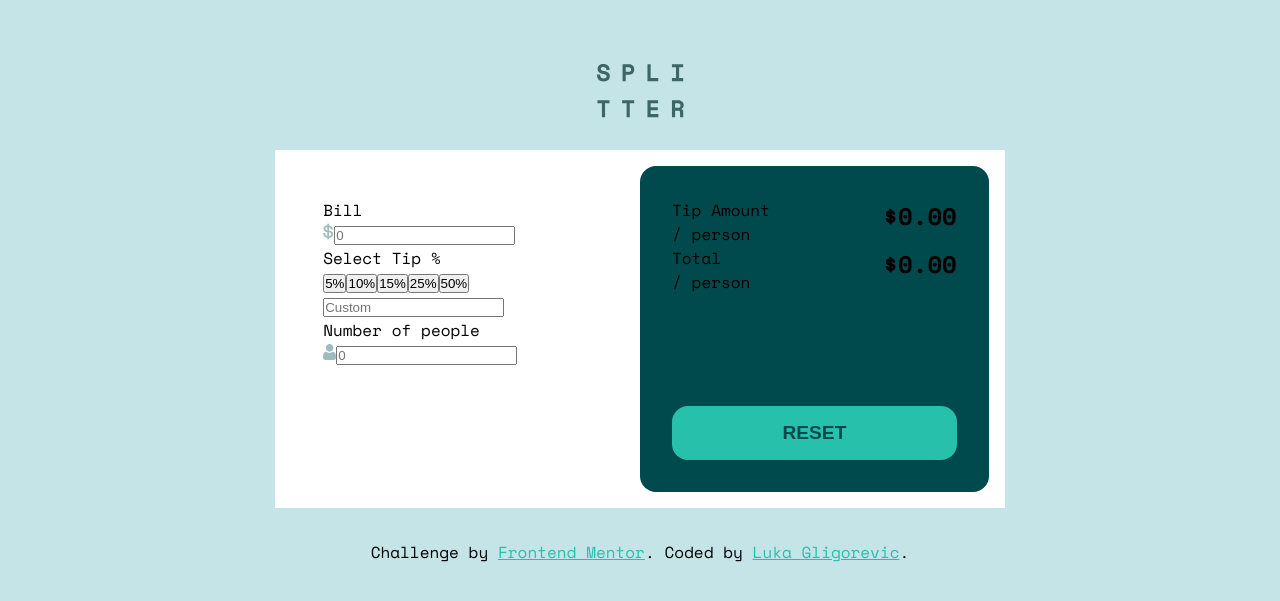
Repository: gligor99/tip-fmentor
Page: /
An editor plug-in stored every save of this project. The page is shown before and after the next save, followed by the edit.
The browser window is 1280 px wide. The pictures show the whole page.
The pointer rests on the first visible `.reset-btn`.
The project was rebuilt for these pictures with package versions that can differ from the ones it lists, and the page was loaded fresh each time.

Above is the page before, as saved 2021-11-27 17:55:35.

After the next save:
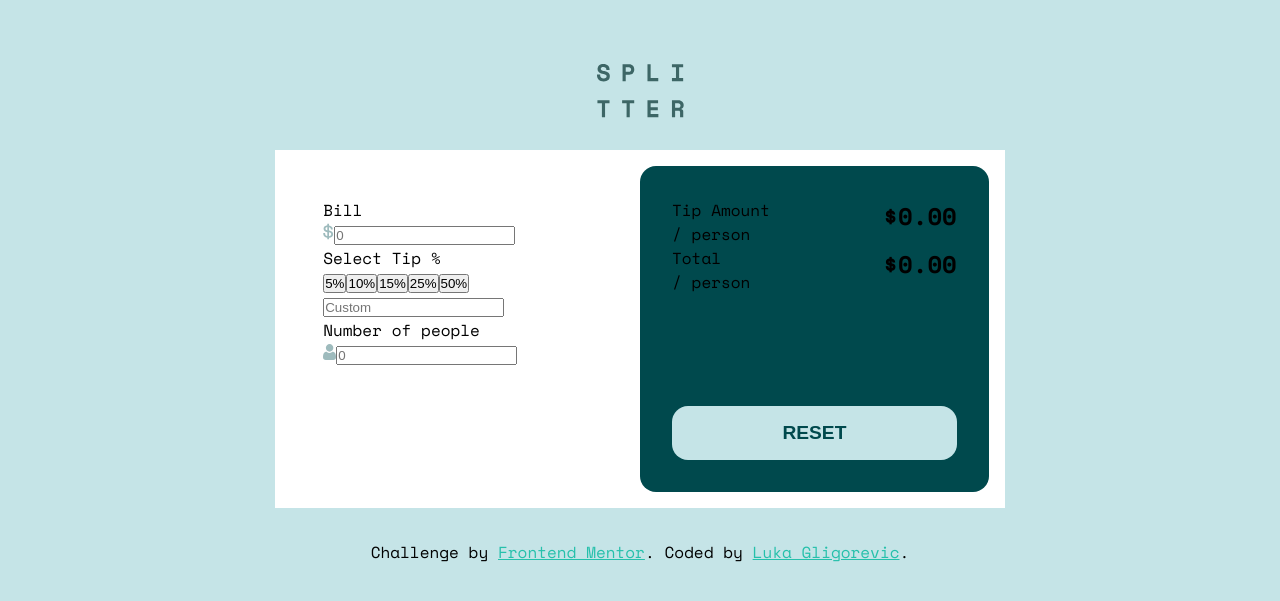
Saved 32 s later.
--- a/src/index.css
+++ b/src/index.css
@@ -84,3 +84,6 @@ body {
   color: var(--clr-dark-cyan);
   border: none;
 }
+.reset-btn:hover{
+  background-color: var(--clr-light-grayish-cyan);
+}
